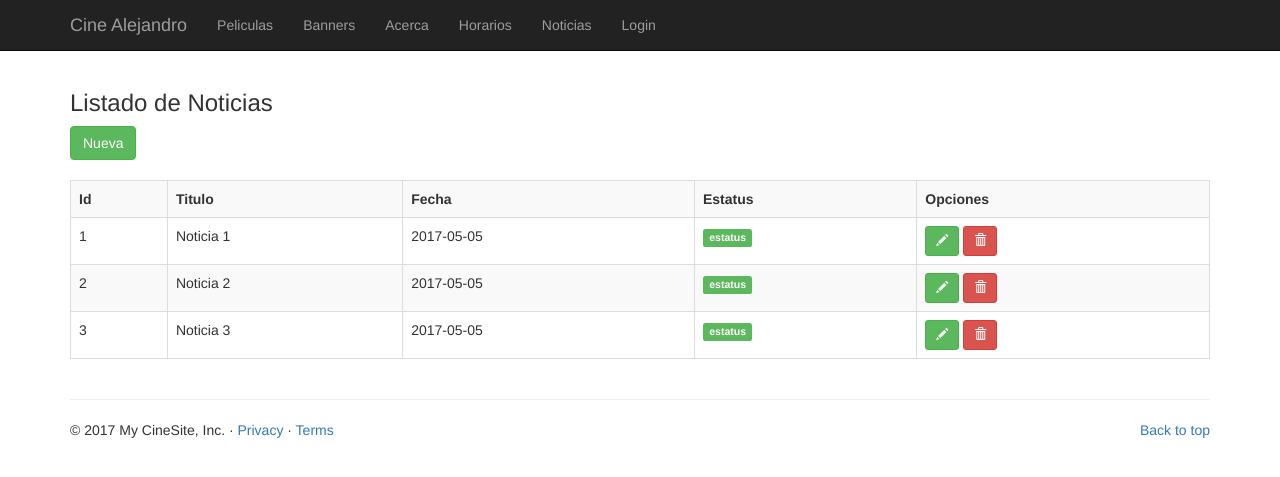
Repository: alejandroBravot/cineSpring
Page: http://localhost/cineapp/WEB-INF/views/noticias/listNoticias.jsp
The author's editor kept a copy of each file at every save. The page is drawn from the files as they stood at one save, then again after the next save.
The browser window is 1280 px wide. The pictures show the whole page.
The page is served by Tomcat 9. Nobody is signed in. The template is opened directly, without the code that normally fills it, so the values that code supplies are empty.

Above is the page before, as saved 2020-03-30 17:40:04.

After the next save:
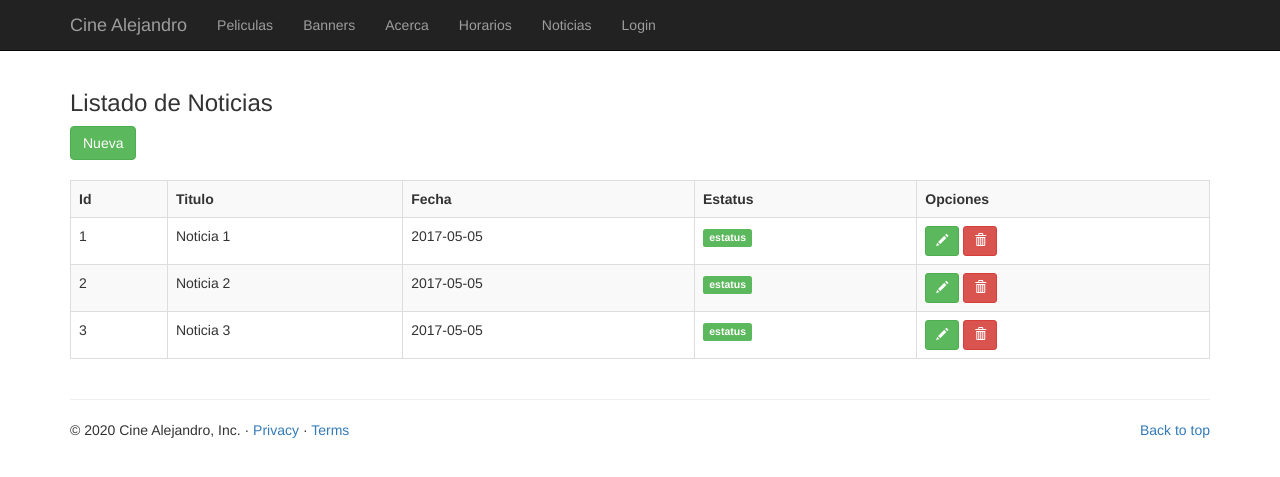
Saved 15 s later.
--- a/cineapp/webapp/WEB-INF/views/noticias/listNoticias.jsp
+++ b/cineapp/webapp/WEB-INF/views/noticias/listNoticias.jsp
@@ -71,11 +71,7 @@
       </div>
       <hr class="featurette-divider">
 
-      <!-- FOOTER -->
-      <footer>
-        <p class="pull-right"><a href="#">Back to top</a></p>
-        <p>&copy; 2017 My CineSite, Inc. &middot; <a href="#">Privacy</a> &middot; <a href="#">Terms</a></p>
-      </footer>
+      <jsp:include page="../includes/footer.jsp"></jsp:include>
 
     </div> <!-- /container -->
 
